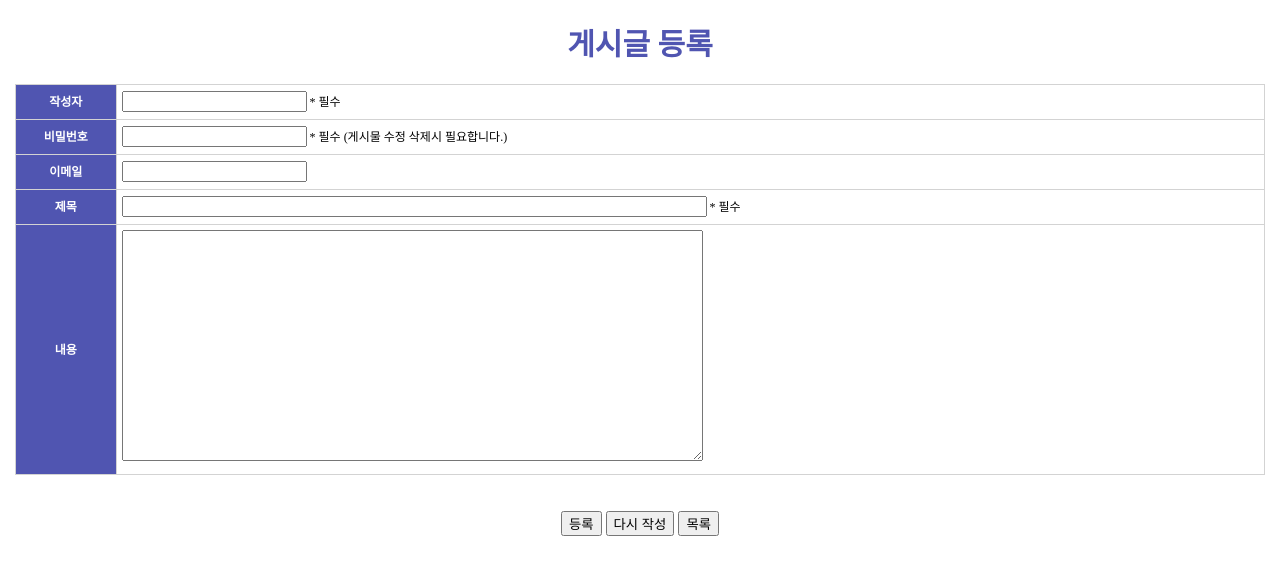
Repository: Yundanbi/Kyobo
Page: http://localhost/kyobo/board/boardWrite.jsp
The author's editor kept a copy of each file at every save. The page is drawn from the files as they stood at one save, then again after the next save.
The browser window is 1280 px wide. The pictures show the whole page.
The page is served by Tomcat 9. Other server files are loaded and not shown.

Above is the page before, as saved 2025-06-17 03:06:06.

### kyobo/src/main/webapp/board/boardWrite.jsp
<%@ page language="java" contentType="text/html; charset=UTF-8"
pageEncoding="UTF-8"%>
<%@ taglib prefix="c" uri="http://java.sun.com/jsp/jstl/core"%>
<!DOCTYPE html>
<html>
<head>
<meta charset="UTF-8">
<link rel="stylesheet" href="css/shopping.css">
<script type="text/javascript" src="script/board.js"></script>
<title>Insert title here</title>
</head>
<body>
<div id="wrap" align="center">
      <h1>게시글 등록</h1>
      <form name="frm" method="post" action="BoardServlet">
        <input type="hidden" name="command" value="board_write">
        <table>
          <tr>
            <th>작성자</th>
            <td><input type="text" name="username"> * 필수</td>
          </tr>
          <tr>
            <th>비밀번호</th>
            <td><input type="password" name="pass"> * 필수 (게시물 수정
              삭제시 필요합니다.)</td>
          </tr>
          <tr>
            <th>이메일</th>
            <td><input type="text" name="email"></td>
          </tr>
          <tr>
            <th>제목</th>
            <td><input type="text" size="70" name="title"> * 필수</td>
          </tr>
          <tr>
            <th>내용</th>
            <td><textarea cols="70" rows="15" name="content"></textarea></td>
          </tr>
        </table>
        <br>
        <br>
        <input type="submit" value="등록" onclick="return boardCheck()">
        <input type="reset"  value="다시 작성">
        <input type="button" value="목록"  onclick="location.href='BoardServlet?command=board_list'">
      </form>
    </div>
</body>
</html>

### kyobo/src/main/webapp/css/shopping.css
@charset "UTF-8";

 #wrap {
      width: 1250px;
       margin: 0 auto;

      }
	h1 {color: #5055b1; font-size:30px;}
      table {  width: 100% !important; }
      table {width: 80%; border-collapse: collapse; font-size: 12px; line-height: 24px;}
      table td,th {border: #d3d3d3 solid 1px;  padding: 5px; }

      th {background: #5055b1; }
      th {color:white;}
      img {width: 220px; height: 300px;}
      a {text-decoration: none; color: black; }
      a:HOVER {text-decoration: underline; color: green; }

### kyobo/src/main/webapp/script/board.js
function boardCheck() {
	if (document.frm.username.value.length == 0) {
		alert("작성자를 입력하세요.");
		return false;
	}
	if (document.frm.pass.value.length == 0) {
		alert("비밀번호를 입력하세요.");
		return false;
	}
	if (document.frm.title.value.length == 0) {
		alert("제목을 입력하세요.");
		return false;
	}
	return true;
}

function open_win(url, name) {
	window.open(url, name, "width=500, height=230");
}

function passCheck() {
	if (document.frm.pass.value.length == 0) {
		alert("비밀번호를 입력하세요.");
		return false;
	}
	return true;
}

After the next save:
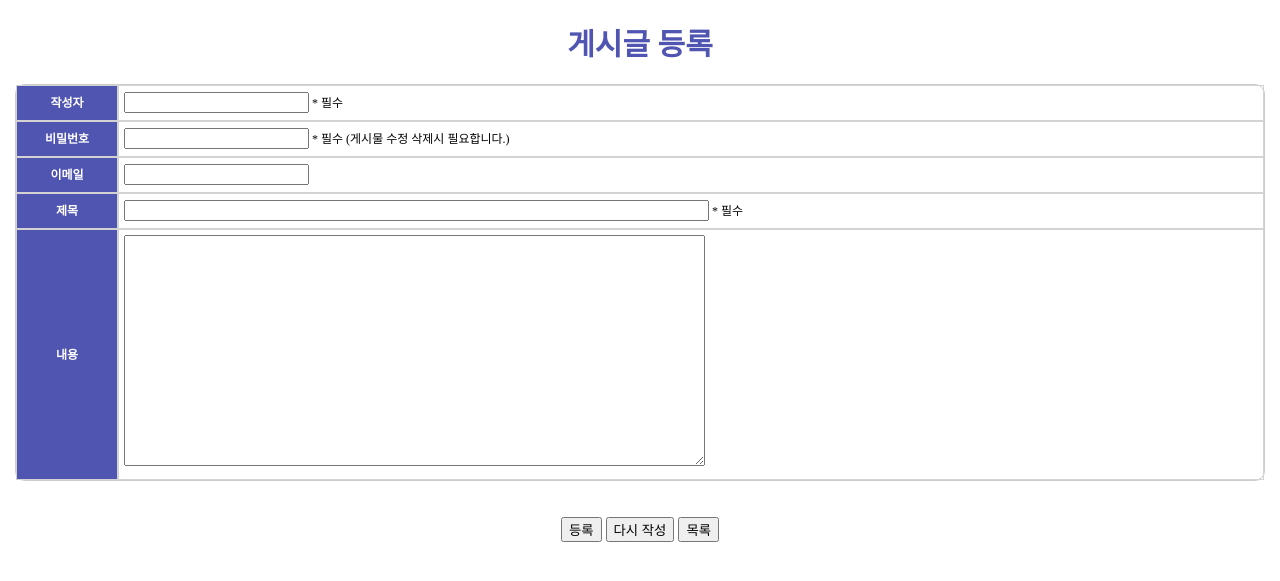
Saved 2 min 12 s later.
--- a/kyobo/src/main/webapp/css/shopping.css
+++ b/kyobo/src/main/webapp/css/shopping.css
@@ -7,10 +7,11 @@
       }
 	h1 {color: #5055b1; font-size:30px;}
       table {  width: 100% !important; }
-      table {width: 80%; border-collapse: collapse; font-size: 12px; line-height: 24px;}
+      table {width: 80%; border-collapse: collapse; font-size: 12px; line-height: 24px;   border-collapse: separate;
+  			border-spacing: 0; border: 1px solid #ccc; border-radius: 10px;}
       table td,th {border: #d3d3d3 solid 1px;  padding: 5px; }
 
-      th {background: #5055b1; }
+      th {background: #5055b1;}
       th {color:white;}
       img {width: 220px; height: 300px;}
       a {text-decoration: none; color: black; }

After the save that followed:
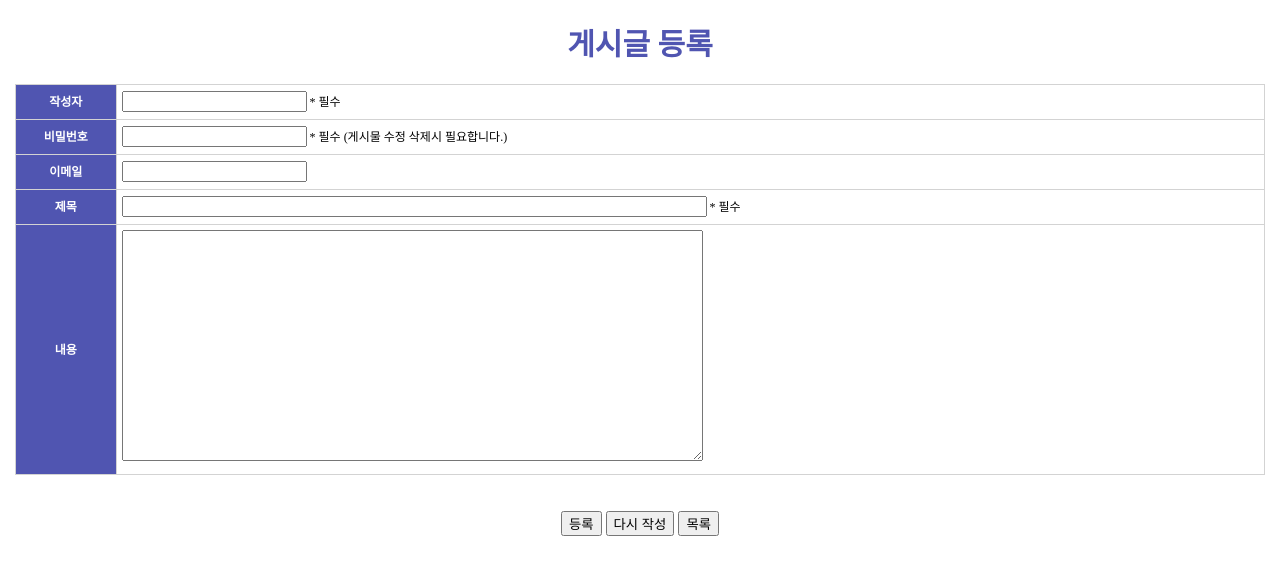
Saved 63 s later.
--- a/kyobo/src/main/webapp/css/shopping.css
+++ b/kyobo/src/main/webapp/css/shopping.css
@@ -7,8 +7,7 @@
       }
 	h1 {color: #5055b1; font-size:30px;}
       table {  width: 100% !important; }
-      table {width: 80%; border-collapse: collapse; font-size: 12px; line-height: 24px;   border-collapse: separate;
-  			border-spacing: 0; border: 1px solid #ccc; border-radius: 10px;}
+      table {width: 80%; border-collapse: collapse; font-size: 12px; line-height: 24px;}
       table td,th {border: #d3d3d3 solid 1px;  padding: 5px; }
 
       th {background: #5055b1;}
